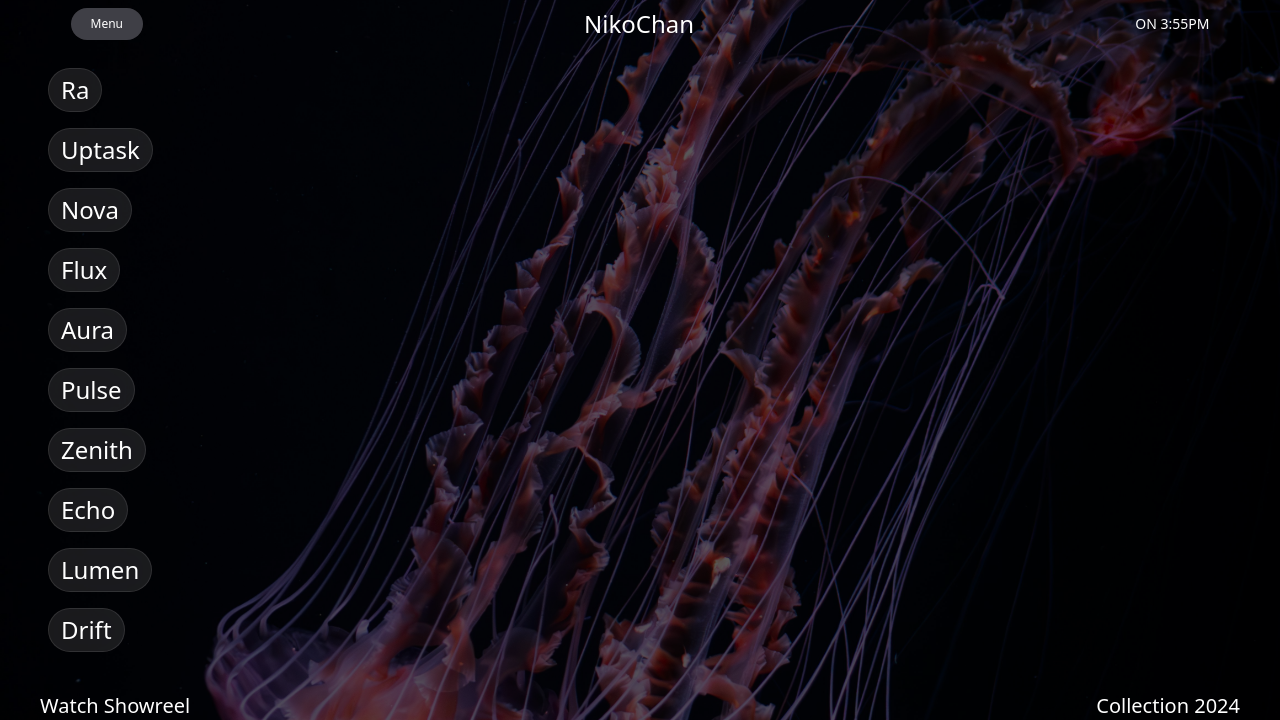
Repository: nikhilsinghrathore1/Niks_indian_local
Page: /
An editor plug-in stored every save of this project. The page is shown before and after the next save, followed by the edit.
The browser window is 1280 px wide. The pictures show the whole page.
The project was rebuilt for these pictures with package versions that can differ from the ones it lists, and the page was loaded fresh each time. Also part of the build but not shown: vite.config.ts.

Above is the page before, as saved 2024-08-27 10:53:43.

### src/App.tsx
import { useState } from 'react'
import reactLogo from './assets/react.svg'
import viteLogo from '/vite.svg'
import './App.css'
import Landing from './Components/Landing'

function App() {
  const [count, setCount] = useState(0)

  return (
    <>

      <Landing/>
    </>
  )
}

export default App

### src/App.css
@font-face {
               font-family:font1 ;
               src: url("./assets/Fontspring-DEMO-rocgroteskcomp-regular.otf");
}

.f1{
               font-family: font1;
}

.item>p{
               padding: 6px 12px;

               font-weight: lighter;
               background-color: rgba(255, 255, 255, 0.1);
               border-radius: 40px;
               border: 1px solid rgba(255, 255, 255, 0.1);
               backdrop-filter: blur(20px);
               transition: 0.3s;
}

.item>p:hover{
               background: none;
               border: 1px solid rgba(255, 255, 255, 0.25);
}

.preview{
               position: fixed ;
               width: 100% ;
               height: 100% ;
               color: #fff;
               z-index: 1;
}

.preview-bg{
               position: absolute;
               width: 100%;
               pointer-events: none;
               height: 100%;
               opacity: 0.35;
}

.preview-title h1{
               font-weight:  lighter;
               font-size: 80px;
}

.preview p , .preview-description p{
               font-size: 14px;
               line-height: 120%;
}

.preview-varient-1 .preview-img{
               position: absolute;
               bottom: 0;
               right: 0;
               margin: 2em;
               width: 300px;
               height: 400px;
               clip-path: polygon(0% 100%, 100%, 100% , 100% 100% , 0% 100%);

}

.preview-varient-1 .preview-title{
               position: absolute;
               top: 35%;
               left: 25%;
}
.preview-varient-1 .preview-tags{
               position: absolute;
               top: 35%;
               left: 40%;
}

.preview-varient-1 .preview-description{
               width: 250px;
               position: absolute;
               top: 25%;
               right: 25%;
}
.preview-varient-3 .preview-img{
               position: absolute;
               bottom: 10%;
               left: 15%;
               margin: 2em;
               width: 300px;
               height: 400px;
               clip-path: polygon(0% 0%, 0%, 0% , 0% 100% , 0% 100%);

}

.preview-varient-3 .preview-title{
               position: absolute;
               bottom: 40%;
               right: 15%;
}
.preview-varient-3 .preview-tags{
               position: absolute;
               bottom: 20%;
               right: 30%;
}

.preview-varient-3 .preview-description{
               width: 250px;
               position: absolute;
               left: 20%;
               top: 15%;
}
.preview-varient-2 .preview-img{
               position: absolute;
               top: 10%;
               right: 5%;
               margin: 2em;
               width: 300px;
               height: 400px;
               clip-path: polygon(100% 0%, 100%, 0% , 100% 100% , 100% 100%);

}

.preview-varient-2 .preview-title{
               position: absolute;
               bottom: 30%;
               left: 50%;
}
.preview-varient-2 .preview-tags{
               position: absolute;
               top: 25%;
               left: 25%;
}

.preview-varient-3 .preview-description{
               width: 250px;
               position: absolute;
               right: 10%;
               bottom: 15%;
}

### src/Components/Landing.tsx
// Landing.tsx
import { useEffect, useRef } from 'react';
import gsap from 'gsap';
import img1 from '../assets/img1.jpg';
import img2 from '../assets/img2.jpg';
import img3 from '../assets/img3.jpg';
import img4 from '../assets/img4.jpg';
import img5 from '../assets/img5.jpg';
import img6 from '../assets/img6.jpg';
import img7 from '../assets/img7.jpg';
import img8 from '../assets/img8.jpg';
import img9 from '../assets/img9.jpg';
import img10 from '../assets/img10.jpg';
import defaultBg from '../assets/default-bg.jpg';

interface TransformProps {
  x?: number;
  y?: number;
  opacity?: number;
}

type VariantTransform = {
  [key: string]: {
    [elementClass: string]: TransformProps;
  };
};

const mapClasses = [
  'variant-1',
  'variant-2',
  'variant-3',
  'variant-1',
  'variant-2',
  'variant-3',
  'variant-1',
  'variant-2',
  'variant-3',
  'variant-1',
];

const previews = [
  {
    img: img1,
    title: 'Ra',
    tags: 'Futuristic Fashion, Minimal Design',
    description:
      'Exploring the intersection of minimalism and future fashion trends in web design.',
    bg: img1,
  },
  {
    img: img2,
    title: 'Uptask',
    tags: 'Fashion Innovation, Graphic Simplicity',
    description:
      'Innovative fashion web design with a core focus on simplicity and elegance.',
    bg: img2,
  },
  {
    img: img3,
    title: 'Nova',
    tags: 'Space Inspired, Modern Aesthetics',
    description:
      'A modern take on space-inspired designs blending technology and art.',
    bg: img3,
  },
  {
    img: img4,
    title: 'Flux',
    tags: 'Dynamic Layouts, Vibrant Colors',
    description:
      'Dynamic and colorful layouts that capture attention and engage users.',
    bg: img4,
  },
  {
    img: img5,
    title: 'Aura',
    tags: 'Serene Designs, Pastel Themes',
    description:
      'Creating calm and soothing user experiences through pastel-themed designs.',
    bg: img5,
  },
  {
    img: img6,
    title: 'Pulse',
    tags: 'Energetic Vibes, Bold Typography',
    description:
      'Harnessing energy and movement with bold typography and striking visuals.',
    bg: img6,
  },
  {
    img: img7,
    title: 'Zenith',
    tags: 'Peak Performance, Sleek Interfaces',
    description:
      'Designs focused on peak performance and sleek, intuitive interfaces.',
    bg: img7,
  },
  {
    img: img8,
    title: 'Echo',
    tags: 'Repetitive Patterns, Minimalist Touch',
    description:
      'Utilizing repetitive patterns to create harmony and balance in design.',
    bg: img8,
  },
  {
    img: img9,
    title: 'Lumen',
    tags: 'Light Themes, Clarity Focused',
    description:
      'Emphasizing clarity and readability through light-themed designs.',
    bg: img9,
  },
  {
    img: img10,
    title: 'Drift',
    tags: 'Fluid Movements, Abstract Forms',
    description:
      'Incorporating fluid movements and abstract forms for a unique user experience.',
    bg: img10,
  },
];

const Landing: React.FC = () => {
  const containerRef = useRef<HTMLDivElement>(null);
  const previewBgRef = useRef<HTMLDivElement>(null);
  const itemsRef = useRef<Array<HTMLDivElement | null>>([]);

  useEffect(() => {
    const defaultClipPath: { [key: string]: string } = {
      'variant-1': 'polygon(0% 100%, 100% 100%, 100% 100%, 0% 100%)',
      'variant-2': 'polygon(100% 0%, 100% 0%, 100% 100%, 100% 100%)',
      'variant-3': 'polygon(0% 0%, 0% 0%, 0% 100%, 0% 100%)',
    };

    const variantTransform: VariantTransform = {
      'variant-1': {
        title: { x: 75, opacity: 0 },
        tags: { y: -75, opacity: 0 },
        description: { x: -75, opacity: 0 },
      },
      'variant-2': {
        title: { x: -75, opacity: 0 },
        tags: { y: -75, opacity: 0 },
        description: { y: 75, opacity: 0 },
      },
      'variant-3': {
        title: { x: 75, opacity: 0 },
        tags: { y: 75, opacity: 0 },
        description: { x: 75, opacity: 0 },
      },
    };

    const getDefaultClipPath = (previewElement: HTMLDivElement): string => {
      for (const variant in defaultClipPath) {
        if (previewElement.classList.contains(variant)) {
          return defaultClipPath[variant];
        }
      }
      return 'polygon(100% 0%, 0% 0%, 0% 100%, 100% 100%)';
    };

    const applyVariantStyle = (
      previewElement: HTMLDivElement,
      reset: boolean = false
    ) => {
      const variant = mapClasses[Array.from(previewElement.classList).findIndex(cls => cls.startsWith('variant-'))];
      if (variant && variantTransform[variant]) {
        Object.entries(variantTransform[variant]).forEach(
          ([elementClass, transform]) => {
            const element = previewElement.querySelector(
              `.preview-${elementClass}`
            ) as HTMLElement;
            if (element) {
              gsap.set(element, reset ? transform : { x: 0, y: 0, opacity: 1 });
            }
          }
        );
      }
    };

    const changeBg = (newImgSrc: string) => {
      if (previewBgRef.current) {
        gsap.to(previewBgRef.current, {
          backgroundImage: `url(${newImgSrc})`,
          duration: 0.5,
          ease: 'power3.out',
        });
      }
    };

    // Create preview elements
    previews.forEach((preview, index) => {
      const previewElement = document.createElement('div');
      previewElement.className = `preview ${mapClasses[index]} preview-${index + 1}`;
      previewElement.style.opacity = '0';
      previewElement.style.position = 'absolute';
      previewElement.style.top = '50%';
      previewElement.style.left = '50%';
      previewElement.style.transform = 'translate(-50%, -50%)';
      previewElement.style.pointerEvents = 'none';
      previewElement.innerHTML = `
        <div class="preview-img">
          <img src="${preview.img}" alt="${preview.title}" />
        </div>
        <div class="preview-title">
          <h1>${preview.title}</h1>
        </div>
        <div class="preview-tags">
          <p>${preview.tags}</p>
        </div>
        <div class="preview-description">
          <p>${preview.description}</p>
        </div>
      `;
      if (containerRef.current) {
        containerRef.current.appendChild(previewElement);
        applyVariantStyle(previewElement, true);
      }
    });

    let activePreview: HTMLDivElement | null = null;

    itemsRef.current.forEach((item, index) => {
      if (item) {
        item.addEventListener('mouseenter', () => {
          const newBg = previews[index].bg;
          changeBg(newBg);

          const newActivePreview = containerRef.current?.querySelector(
            `.preview-${index + 1}`
          ) as HTMLDivElement;

          if (activePreview && activePreview !== newActivePreview) {
            gsap.to(activePreview, {
              opacity: 0,
              duration: 0.5,
              ease: 'power3.out',
              onComplete: () => applyVariantStyle(activePreview!, true),
            });
          }

          gsap.to(newActivePreview, {
            opacity: 1,
            duration: 0.5,
            ease: 'power3.out',
            onStart: () => applyVariantStyle(newActivePreview, false),
          });

          activePreview = newActivePreview;
        });

        item.addEventListener('mouseleave', () => {
          if (activePreview) {
            gsap.to(activePreview, {
              opacity: 0,
              duration: 0.5,
              ease: 'power3.out',
              onComplete: () => applyVariantStyle(activePreview!, true),
            });
            activePreview = null;
            changeBg(defaultBg);
          }
        });
      }
    });

    // Set initial background
    changeBg(defaultBg);
  }, []);

  return (
    <div className='w-full h-screen overflow-hidden fixed text-white bg-black'>
      {/* Nav Bar */}
      <nav className='w-full fixed flex pt-2 items-center justify-around gap-[300px] text-lg z-50'>
        <div className='menu-btn w-fit bg-zinc-700 rounded-full backdrop-blur-md px-5 py-2 cursor-pointer'>
          <h1 className='text-xs'>Menu</h1>
        </div>
        <div className='logo text-2xl'>
          <h1>NikoChan</h1>
        </div>
        <div className='local-time text-sm'>
          <h1>ON 3:55PM</h1>
        </div>
      </nav>

      {/* Footer */}
      <div className='footer fixed px-10 bottom-0 text-xl flex items-center justify-between w-full z-50'>
        <p>Watch Showreel</p>
        <p>Collection 2024</p>
      </div>

      {/* Items List */}
      <div
        className='items fixed w-1/3 h-full flex flex-col px-12 text-2xl leading-tight capitalize justify-center z-30'
        >
        {previews.map((preview, index) => (
          <div
            key={index}
            className='item w-fit py-2 cursor-pointer'
            ref={(el) => (itemsRef.current[index] = el)}
          >
            <p>{preview.title}</p>
          </div>
        ))}
      </div>

      {/* Preview Background */}
      <div
        className='preview-bg fixed top-0 left-0 w-full h-full bg-cover bg-center z-10 transition-all duration-500 ease-out'
        ref={previewBgRef}
      ></div>

      {/* Preview Container */}
      <div
        className='preview-container fixed top-0 left-0 w-full h-full pointer-events-none z-20'
        ref={containerRef}
      ></div>
    </div>
  );
};

export default Landing;

Loaded but not shown: index.html (common file); src/main.tsx (common file); src/index.css (common file); tailwind.config.js (common file)

After the next save:
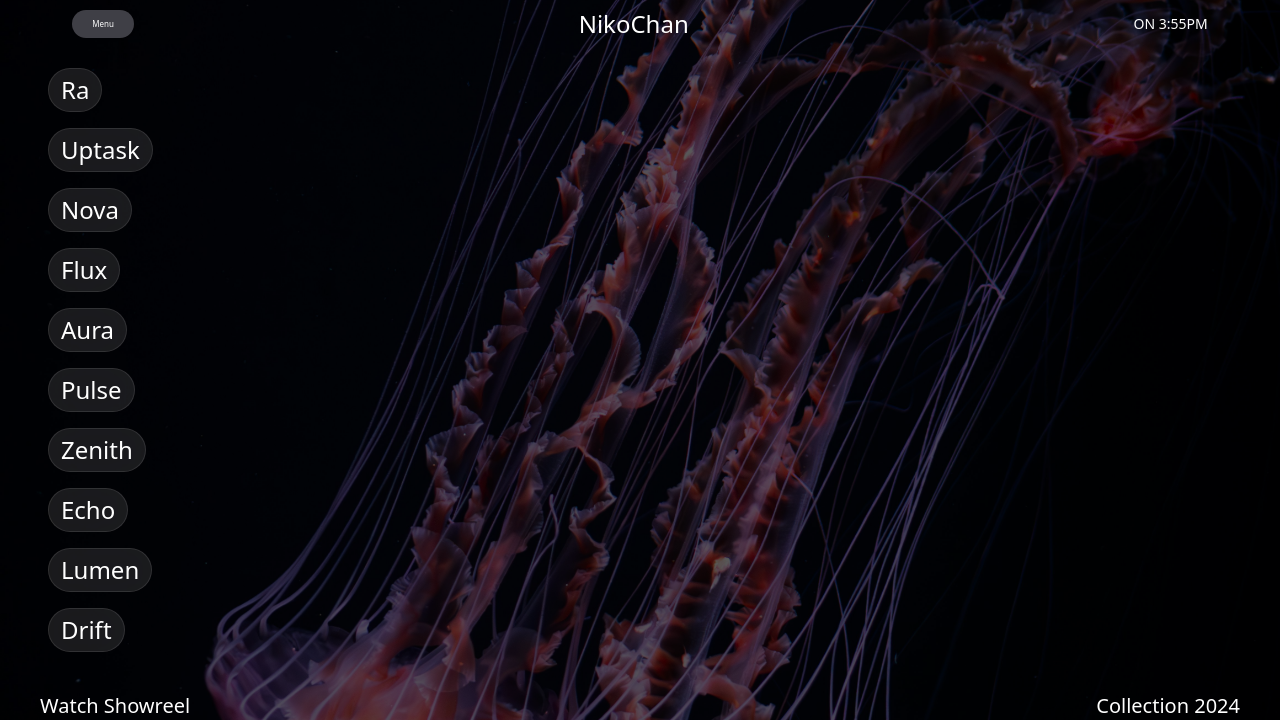
Saved 12 s later.
--- a/src/Components/Landing.tsx
+++ b/src/Components/Landing.tsx
@@ -272,9 +272,9 @@ const Landing: React.FC = () => {
   return (
     <div className='w-full h-screen overflow-hidden fixed text-white bg-black'>
       {/* Nav Bar */}
-      <nav className='w-full fixed flex pt-2 items-center justify-around gap-[300px] text-lg z-50'>
+      <nav className='w-full fixed flex pt-2 items-center justify-around gap-[300px]  z-50'>
         <div className='menu-btn w-fit bg-zinc-700 rounded-full backdrop-blur-md px-5 py-2 cursor-pointer'>
-          <h1 className='text-xs'>Menu</h1>
+          <h1 className='text-[8px]'>Menu</h1>
         </div>
         <div className='logo text-2xl'>
           <h1>NikoChan</h1>
